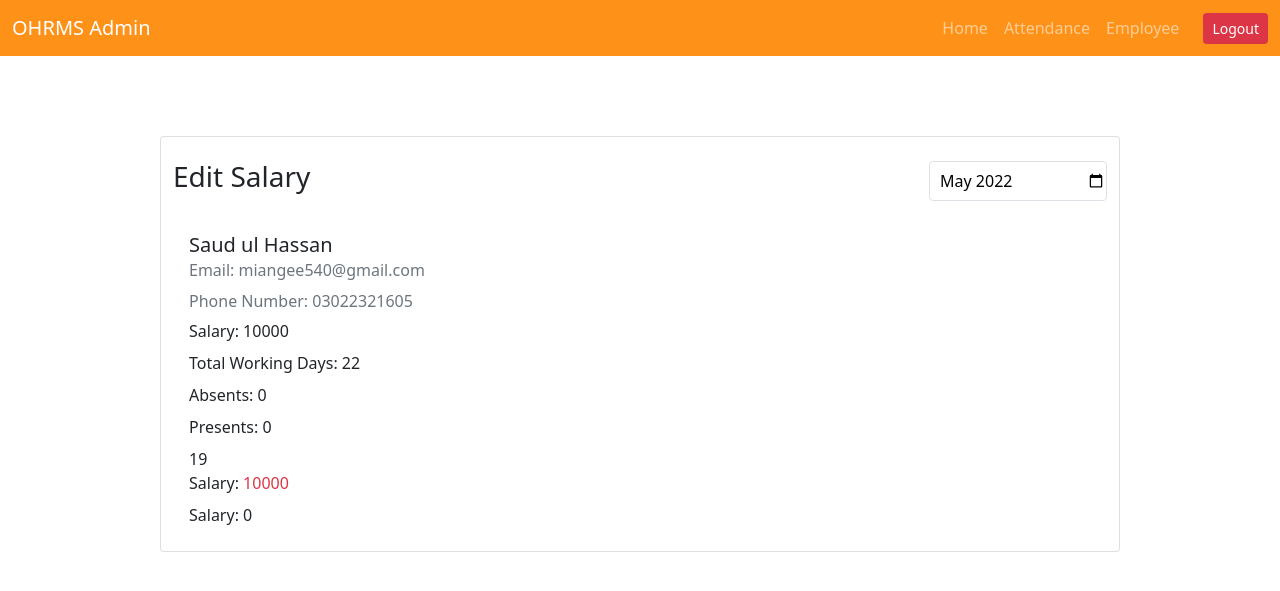
Repository: SaudCh/PHP-OHRMS
Page: http://localhost/admin/edit-salary?id=49
The author's editor kept a copy of each file at every save. The page is drawn from the files as they stood at one save, then again after the next save.
The browser window is 1280 px wide. The pictures show the whole page.
Some web libraries are served in a nearby version. The page is run by PHP 8.4 with error messages shown; the project is at /var/www/html/. The session is filled in as if someone had signed in: {"admin": "admin@ohrm.com"}. Other server files are loaded and not shown. The database holds what the project's SQL file puts in it. Queries for data that is not in the repository find no rows.

Above is the page before, as saved 2022-06-06 00:16:36.

### admin/edit-salary.php
<!DOCTYPE html>
<html lang="en">

<head>
    <meta charset="UTF-8">
    <meta http-equiv="X-UA-Compatible" content="IE=edge">
    <meta name="viewport" content="width=device-width, initial-scale=1.0">
    <?php require "../assets/includes/link.includes.php" ?>
    <script src="https://ajax.googleapis.com/ajax/libs/jquery/3.6.0/jquery.min.js"></script>


    <title>OHRMS</title>
</head>

<body>
    <?php require "./assets/Components/header.php" ?>
    <div class="container-fluid">
        <div class="row align-items-center justify-content-center" style="min-height: 80vh;">

            <div class="card col-11 col-md-9">
                <div class="d-flex align-items-center justify-content-between mt-2">

                    <h3>Edit Salary</h3>
                    <div>
                        <input class="border rounded my-3" style="height:40px;padding-left:10px;" value="<?= Date("Y-m") ?>" type="month" name="date" id="attendance-date">

                    </div>

                </div>
                <?php
                $salary = 0;
                $id = $_GET['id'];
                $sql = "select * from employee where empId = '$id'";
                $results = mysqli_query($con, $sql);
                $rescheck = mysqli_num_rows($results);
                if ($rescheck > 0) {
                    while ($row = mysqli_fetch_assoc($results)) {
                        $salary = $row['salary'];
                ?>
                        <div class="card-body">
                            <h5 class="card-title"><?= $row["name"] ?></h5>
                            <h6 class="card-subtitle mb-3 text-muted">Email: <?= $row['emailAddress'] ?></h6>
                            <h6 class="card-subtitle mb-2 text-muted">Phone Number: <?= $row['phoneNumber'] ?></h6>
                            <p class="card-text p-0 m-0 mb-2">Salary: <?= $row['salary'] ?></p>


                    <?php }
                } ?>
                    <div id="attendance-data">
                        <?php
                        $absent = 0;
                        $present = 0;

                        $date = date('Y-m');

                        $time = strtotime($date);
                        $month = date("n", $time);
                        $year = date("Y", $time);

                        $type = CAL_GREGORIAN;
                        $day_count = cal_days_in_month($type, (int)$month, $year);

                        $workdays = 0;
                        for ($i = 1; $i <= $day_count; $i++) {

                            $date = $year . '/' . $month . '/' . $i;
                            $get_name = date('l', strtotime($date));
                            $day_name = substr($get_name, 0, 3);

                            if ($day_name != 'Sun' && $day_name != 'Sat') {
                                $workdays++;
                            }
                        }

                        $id = $_GET['id'];
                        $sql = "select * from attendance where empId = '$id' and date like '$date%'";
                        $results = mysqli_query($con, $sql);
                        $rescheck = mysqli_num_rows($results);
                        if ($rescheck > 0) {
                            while ($row = mysqli_fetch_assoc($results)) {
                                if ($row['status'] == 'Present') {
                                    $present++;
                                } else {
                                    $absent++;
                                }
                            }
                        }
                        ?>
                        <p class="card-text p-0 m-0 mb-2">Total Working Days: <?= $workdays ?></p>
                        <p class="card-text p-0 m-0 mb-2">Absents: <?= $absent ?></p>
                        <p class="card-text p-0 m-0 mb-2">Presents: <?= $present ?></p>

                        <?php
                        if ($present < $workdays - 3) {
                            echo ($workdays - 3) - $present;
                            echo '<p class="card-text p-0 m-0 mb-2">Salary: <span class="text-danger">' . (int)$salary . '</span></p>';
                        } else {
                            echo '<p class="card-text p-0 m-0 mb-2">Salary: <span class="text-success">' . $salary  . '</span></p>';
                        }
                        ?>
                        <p class="card-text p-0 m-0 mb-2">Salary: <?= $present ?></p>


                    </div>

                        </div>

            </div>
        </div>
    </div>
    <script>
        $(document).ready(function() {
            $("#attendance-date").change(function() {
                var search = $(this).val();
                var id = <?= $id ?>;
                $.ajax({
                    url: 'salary-attendance.php',
                    method: 'post',
                    data: {
                        query: search,
                        id: id
                    },
                    success: function(response) {
                        $("#attendance-data").html(response);
                    }
                });
            });
        });
    </script>
</body>

</html>

### assets/includes/link.includes.php
<link href="https://cdn.jsdelivr.net/npm/bootstrap@5.0.2/dist/css/bootstrap.min.css" rel="stylesheet" integrity="sha384-EVSTQN3/azprG1Anm3QDgpJLIm9Nao0Yz1ztcQTwFspd3yD65VohhpuuCOmLASjC" crossorigin="anonymous">
<script src="https://cdn.jsdelivr.net/npm/bootstrap@5.0.2/dist/js/bootstrap.bundle.min.js" integrity="sha384-MrcW6ZMFYlzcLA8Nl+NtUVF0sA7MsXsP1UyJoMp4YLEuNSfAP+JcXn/tWtIaxVXM" crossorigin="anonymous"></script>
<script src="https://cdn.jsdelivr.net/npm/@popperjs/core@2.9.2/dist/umd/popper.min.js" integrity="sha384-IQsoLXl5PILFhosVNubq5LC7Qb9DXgDA9i+tQ8Zj3iwWAwPtgFTxbJ8NT4GN1R8p" crossorigin="anonymous"></script>
<script src="https://cdn.jsdelivr.net/npm/bootstrap@5.0.2/dist/js/bootstrap.min.js" integrity="sha384-cVKIPhGWiC2Al4u+LWgxfKTRIcfu0JTxR+EQDz/bgldoEyl4H0zUF0QKbrJ0EcQF" crossorigin="anonymous"></script>

<script src="https://kit.fontawesome.com/5d60ba127b.js" crossorigin="anonymous"></script>

<link rel="stylesheet" href="./assets/css/style.css" type="text/css">
<link rel="stylesheet" href="./assets/css/footer.css" type="text/css">
<style>
    .link {
        text-decoration: none;
    }
</style>

### admin/assets/Components/header.php
<?php
session_start();
$email = '';

include '../assets/config/dbconfig.php';

if (isset($_SESSION['admin'])) {
    $email = $_SESSION['admin'];
} else {
    header("location: login");
}
?>
<nav class="navbar navbar-expand-lg navbar-dark" style="background-color: #fe9117;">
    <div class="container-fluid">
        <a class="navbar-brand" href="index">OHRMS Admin</a>
        <button class="navbar-toggler" type="button" data-bs-toggle="collapse" data-bs-target="#navbarSupportedContent" aria-controls="navbarSupportedContent" aria-expanded="false" aria-label="Toggle navigation">
            <span class="navbar-toggler-icon"></span>
        </button>
        <div class="collapse navbar-collapse" id="navbarSupportedContent">
            <ul class="navbar-nav ms-auto me-3 mb-2 mb-lg-0">
                <li class="nav-item">
                    <a class="nav-link" aria-current="page" href="index">Home</a>
                </li>
                <li class="nav-item">
                    <a class="nav-link" href="attendance">Attendance</a>
                </li>
                <li class="nav-item">
                    <a class="nav-link" href="employee">Employee</a>
                </li>
            </ul>
            <?php

            if (isset($_SESSION['admin'])) {
                echo '<a href="./assets/includes/admin-logout.includes.php" class="btn btn-sm btn-danger">Logout</a>';
            } else {
                echo '<a href="login" class="btn btn-sm btn-success">Login/Register</a>';
            }
            ?>

        </div>
    </div>
</nav>

### assets/config/dbconfig.php
<?php
// Database configuration
$dbHost     = "localhost";
$dbUsername = "root";
$dbPassword = "";
$dbName     = "ohrms";

// $dbHost     = "sql102.epizy.com";
// $dbUsername = "epiz_31455211";
// $dbPassword = "Kr3NNcrNvT9Mx4";
// $dbName     = "epiz_31455211_ohrms";

// Create database connection
$db = new mysqli($dbHost, $dbUsername, $dbPassword, $dbName);
$con=mysqli_connect($dbHost, $dbUsername, $dbPassword,$dbName);

// Check connection
if ($db->connect_error) {
    die("Connection failed: " . $db->connect_error);
}

### assets/css/footer.css
.back-to-top {
  cursor: pointer;
  position: fixed;
  bottom: 30px;
  right: 20px;
  display: none;
  z-index: 10;
}

.footer {
  background-color: #fe9126;
  display: flex;
  color: white;
  z-index: 2;
}

.footer a {
  color: white;
  text-decoration: none;
  font-weight: 500;
}

.footer-links ul {
  text-align: left;
}

.footer-links li {
  list-style: none;
}

.copyright {
  color: white;
  background-color: #fe9126;
}

### sql/ohrms.sql (the tables this page reads)
CREATE TABLE `employee` (
  `empId` int(11) NOT NULL,
  `name` char(50) NOT NULL,
  `phoneNumber` varchar(15) NOT NULL,
  `department` char(10) NOT NULL,
  `emailAddress` varchar(50) NOT NULL,
  `password` varchar(255) NOT NULL,
  `address` varchar(100) NOT NULL,
  `gender` char(10) NOT NULL,
  `salary` int(10) NOT NULL DEFAULT 10000,
  `token` varchar(255) NOT NULL,
  `empStatus` int(1) NOT NULL DEFAULT 0,
  `created` datetime NOT NULL DEFAULT current_timestamp(),
  `tempMail` varchar(20) NOT NULL
) ENGINE=InnoDB DEFAULT CHARSET=utf8mb4;

INSERT INTO `employee` (`empId`, `name`, `phoneNumber`, `department`, `emailAddress`, `password`, `address`, `gender`, `salary`, `token`, `empStatus`, `created`, `tempMail`) VALUES
(49, 'Saud ul Hassan', '03022321605', 'IT', 'miangee540@gmail.com', '$2y$10$tnkPhTnqi.jBUQkl8uiTEePtk4Auc3IYuPundD76d2H41YGcwugUW', '123 B Comsats\r\n123', 'male', 10000, '1bb7c8eb79b1d6be961371dabf6745', 1, '2022-06-13 18:56:53', 'miangee540@gmail.com'),
(51, 'Cedric Sampson', '+16473759896', 'Finance', 'saudchaudhary0@gmail', '$2y$10$8lcl4ARF2QZ6ryeaVm7qlOr02QNJMQFGSRC1rsK8to0F42cu8QcHu', 'Mollitia et et deser', 'female', 21000, '6e4e9ff9110491b8cb7f122b012c2c', 0, '2022-06-13 19:32:44', 'saudchaudhary0@gmail');

ALTER TABLE `employee`
  ADD PRIMARY KEY (`empId`);

ALTER TABLE `employee`
  MODIFY `empId` int(11) NOT NULL AUTO_INCREMENT, AUTO_INCREMENT=52;

Loaded but not shown: assets/css/style.css (common file)

After the next save:
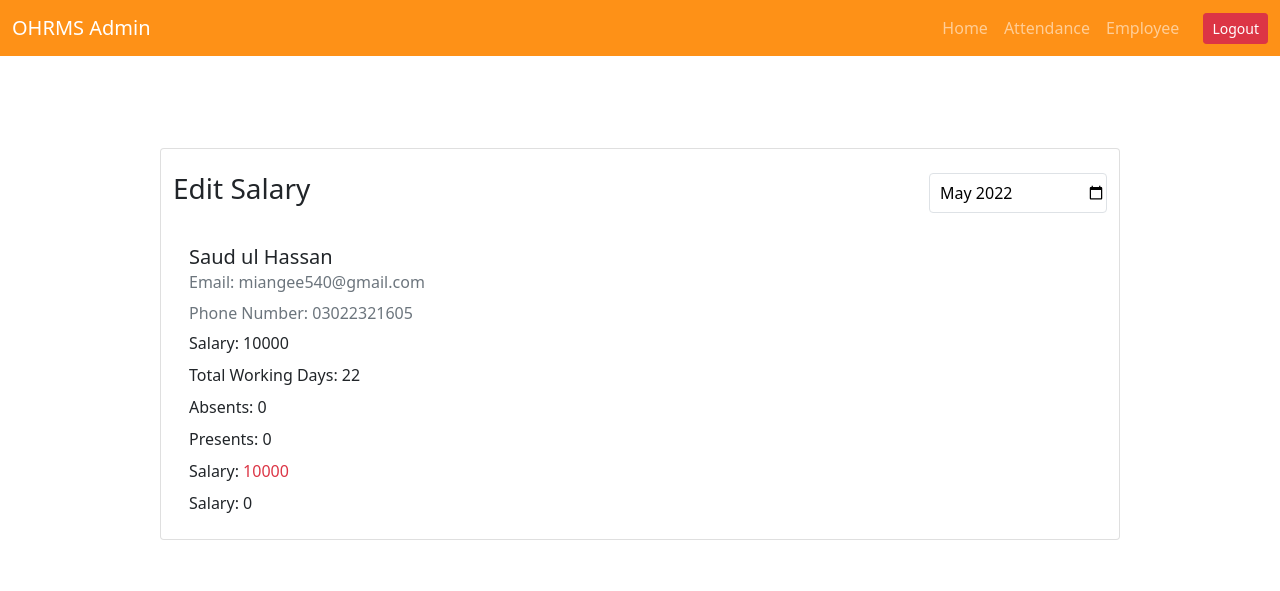
Saved 71 s later.
--- a/admin/edit-salary.php
+++ b/admin/edit-salary.php
@@ -92,7 +92,7 @@
 
                         <?php
                         if ($present < $workdays - 3) {
-                            echo ($workdays - 3) - $present;
+                            $ratio = $salary/$workdays;
                             echo '<p class="card-text p-0 m-0 mb-2">Salary: <span class="text-danger">' . (int)$salary . '</span></p>';
                         } else {
                             echo '<p class="card-text p-0 m-0 mb-2">Salary: <span class="text-success">' . $salary  . '</span></p>';
